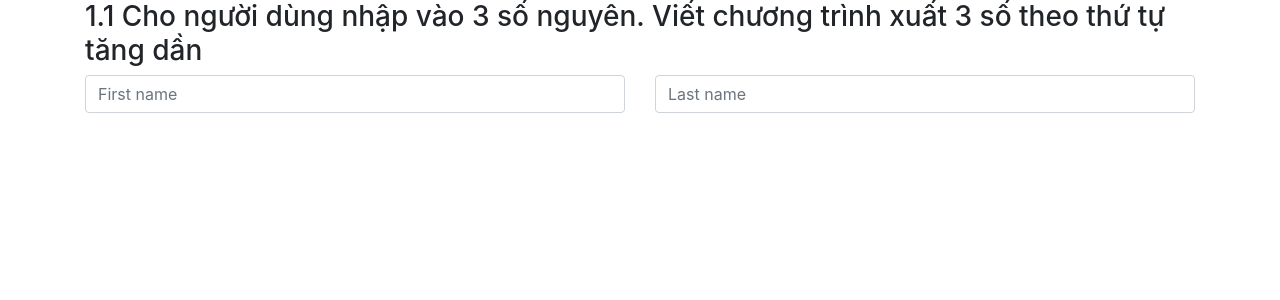
Repository: baobaodeveloper/bootscamp21__jsbasic__HuynhAnhBao
Page: index.html
These files come from the project's save history. The page is drawn as it stood at one moment and after the next save; the edit follows.
The browser window is 1280 px wide. The pictures show the whole page.

Above is the page before, as saved 2022-03-09 23:00:46.

### index.html
<!DOCTYPE html>
<html lang="en">
  <head>
    <title>javaScript basic</title>
    <!-- Required meta tags -->
    <meta charset="utf-8" />
    <meta
      name="viewport"
      content="width=device-width, initial-scale=1, shrink-to-fit=no"
    />

    <!-- Bootstrap CSS -->
    <link
      rel="stylesheet"
      href="https://stackpath.bootstrapcdn.com/bootstrap/4.3.1/css/bootstrap.min.css"
      integrity="sha384-ggOyR0iXCbMQv3Xipma34MD+dH/1fQ784/j6cY/iJTQUOhcWr7x9JvoRxT2MZw1T"
      crossorigin="anonymous"
    />
  </head>
  <body>
    <div class="container">
      <h3>
        1.1 Cho người dùng nhập vào 3 số nguyên. Viết chương trình xuất 3 số
        theo thứ tự tăng dần
      </h3>

      <div class="row">
        <div class="col">
          <input
            type="text"
            class="form-control"
            placeholder="First name"
            aria-label="First name"
          />
        </div>
        <div class="col">
          <input
            type="text"
            class="form-control"
            placeholder="Last name"
            aria-label="Last name"
          />
        </div>
      </div>
    </div>
    <!-- Optional JavaScript -->
    <!-- jQuery first, then Popper.js, then Bootstrap JS -->
    <script
      src="https://code.jquery.com/jquery-3.3.1.slim.min.js"
      integrity="sha384-q8i/X+965DzO0rT7abK41JStQIAqVgRVzpbzo5smXKp4YfRvH+8abtTE1Pi6jizo"
      crossorigin="anonymous"
    ></script>
    <script
      src="https://cdnjs.cloudflare.com/ajax/libs/popper.js/1.14.7/umd/popper.min.js"
      integrity="sha384-UO2eT0CpHqdSJQ6hJty5KVphtPhzWj9WO1clHTMGa3JDZwrnQq4sF86dIHNDz0W1"
      crossorigin="anonymous"
    ></script>
    <script
      src="https://stackpath.bootstrapcdn.com/bootstrap/4.3.1/js/bootstrap.min.js"
      integrity="sha384-JjSmVgyd0p3pXB1rRibZUAYoIIy6OrQ6VrjIEaFf/nJGzIxFDsf4x0xIM+B07jRM"
      crossorigin="anonymous"
    ></script>
  </body>
</html>

After the next save:
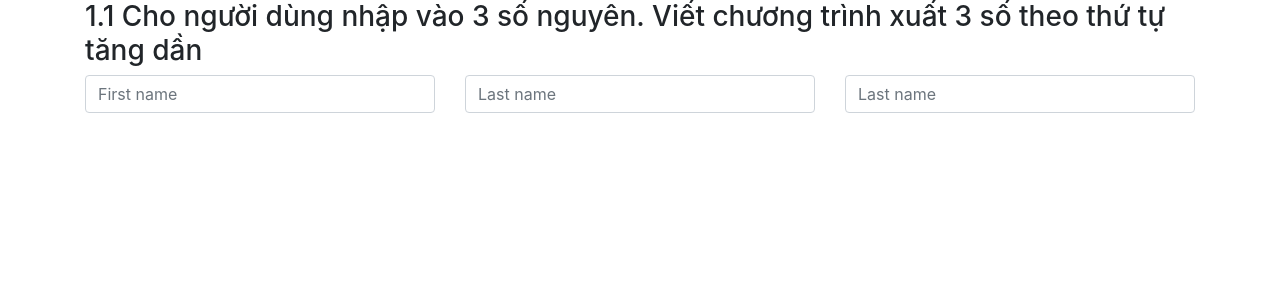
Saved 12 s later.
--- a/index.html
+++ b/index.html
@@ -41,6 +41,15 @@
             aria-label="Last name"
           />
         </div>
+
+        <div class="col">
+          <input
+            type="text"
+            class="form-control"
+            placeholder="Last name"
+            aria-label="Last name"
+          />
+        </div>
       </div>
     </div>
     <!-- Optional JavaScript -->
